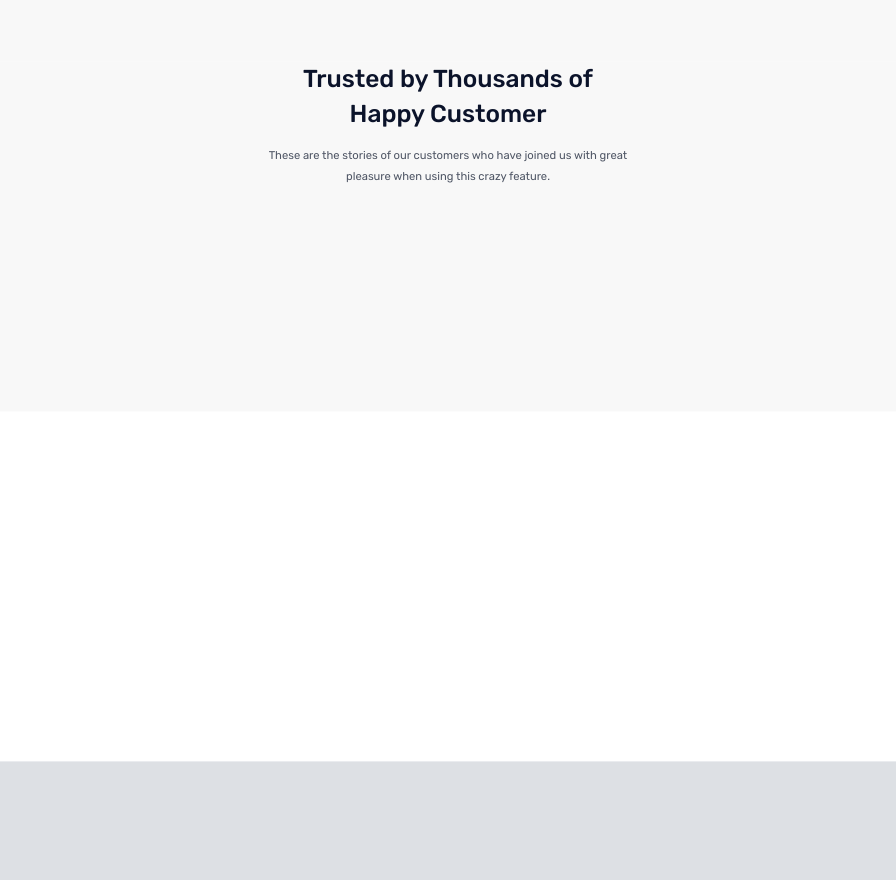
Repository: dangpham205/LaslesVPN-Landing-Page
Page: index.html
The author's editor kept a copy of each file at every save. The page is drawn from the files as they stood at one save, then again after the next save.
The browser window is 1280 px wide. The pictures show the part of the page from y = 3664 to 5584 px (the page is 4922 px tall before and 5584 px after), at 70% of full size.

Above is the page before, as saved 2022-07-20 17:49:30.

### index.html
<!DOCTYPE html>
<html lang="en">
<head>
    <meta charset="UTF-8">
    <meta http-equiv="X-UA-Compatible" content="IE=edge">
    <meta name="viewport" content="width=device-width, initial-scale=1.0">
    <title>Lasles</title>
    <link rel="preconnect" href="https://fonts.googleapis.com" />
    <link rel="preconnect" href="https://fonts.gstatic.com" crossorigin />
    <link
      href="https://fonts.googleapis.com/css2?family=Rubik:wght@400;500;700&display=swap"
      rel="stylesheet"
    />
    <link rel="stylesheet" href="./assets/css/style.css">
</head>
<body>
    <div class="wrapper">

        <!-- Menu -->
        <header class="menu">
            <div class="container">
                <div class="menu__container">
                    <img srcset="./assets/img/logo.png 2x" alt="" class="menu__logo" />
                    <div class="menu__list">
                        <div class="menu__item">
                            <a href="" class="menu__item-link">About</a>
                        </div>
                        <div class="menu__item">
                            <a href="" class="menu__item-link">Features</a>
                        </div>
                        <div class="menu__item">
                            <a href="" class="menu__item-link">Pricing</a>
                        </div>
                        <div class="menu__item">
                            <a href="" class="menu__item-link">Testimonials</a>
                        </div>
                        <div class="menu__item">
                            <a href="" class="menu__item-link">Help</a>
                        </div>
                    </div>
                    <div class="menu__buttons">
                        <a href="" class="menu__button--sign-in">Sign In</a>
                        <a href="" class="button button--outline menu__button--sign-up">Sign Up</a>
                    </div>
                </div>
            </div>
        </header>

        <main>
            <!-- hero -->
            <section class="hero">
                <div class="container">
                    <div class="hero__container">
                        <div class="hero__content">
                            <h1 class="hero__title">Want anything to be easy with <strong>LaslesVPN</strong>.</h1>
                            <p class="hero__desc text">Provide a network for all your needs with ease and fun using LaslesVPN discover interesting features from us.</p>
                            <a href="" class="button button--primary button--rounded button--shadow">Get Started</a>
                        </div>
                        <div class="hero__image">
                            <img srcset="./assets/img/hero.png 2x" alt="">
                        </div>
                    </div>
                </div>
            </section>


            <!-- info -->
            <section class="info">
                <div class="container">
                    <div class="info__container">
                        <div class="info__item">
                            <div class="info__item-image">
                                <img src="" alt="" srcset="./assets/img/user.png 2x">
                            </div>
                            <div class="info__item-text">
                                <h3 class="info__item-title">90+</h3>
                                <p class="info__item-desc">Users</p>
                            </div>
                        </div>
                        <div class="info__item">
                            <div class="info__item-image">
                                <img src="" alt="" srcset="./assets/img/location.png 2x">
                            </div>
                            <div class="info__item-text">
                                <h3 class="info__item-title">30+</h3>
                                <p class="info__item-desc">Locations</p>
                            </div>
                        </div>
                        <div class="info__item">
                            <div class="info__item-image">
                                <img src="" alt="" srcset="./assets/img/Server.png 2x">
                            </div>
                            <div class="info__item-text">
                                <h3 class="info__item-title">50+</h3>
                                <p class="info__item-desc">Servers</p>
                            </div>
                        </div>
                    </div>
                </div>
            </section>

            <!-- feature -->
            <section class="feature">
                <div class="container">
                    <div class="feature__container">
                        <div class="feature__image">
                            <img src="" alt="" srcset="./assets/img/feature.png 2x">
                        </div>
                        <div class="feature__content">
                            <h3 class="feature__title heading">We Provide Many Features You Can Use</h3>
                            <p class="feature__desc text">You can explore the features that we provide with fun and have their own functions each feature.

                            </p>
                            <ul class="feature__list">
                                <li class="feature__item">
                                    <img src="./assets/img/ic-check.svg" alt="" class="feature__item-icon">
                                    <span class="feature__item-text">Powerfull online protection.</span>
                                </li>
                                <li class="feature__item">
                                    <img src="./assets/img/ic-check.svg" alt="" class="feature__item-icon">
                                    <span class="feature__item-text">Internet without borders.</span>
                                </li>
                                <li class="feature__item">
                                    <img src="./assets/img/ic-check.svg" alt="" class="feature__item-icon">
                                    <span class="feature__item-text">Supercharged VPN</span>
                                </li>
                                <li class="feature__item">
                                    <img src="./assets/img/ic-check.svg" alt="" class="feature__item-icon">
                                    <span class="feature__item-text">No specific time limits.</span>
                                </li>
                            </ul>
                        </div>

                    </div>
                </div>
            </section>

            <!-- plan -->
            <section class="plan">
                <div class="container">
                    <div class="plan__container">
                        <div class="plan__header">
                            <h3 class="plan__title heading">Choose Your Plan</h3>
                            <p class="plan__desc text">Let's choose the package that is best for you and explore it happily and cheerfully.</p>
                        </div>
                        <div class="plan__list">
                            <div class="plan__item">
                                <div class="plan__item-image">
                                    <img src="" alt="" srcset="./assets/img/plan.png 2x">
                                </div>
                                <h4 class="plan__item-title heading-small">Free Plan</h4>
                                <ul class="plan__item-details">
                                    <li class="plan__item-detail">
                                        <img src="./assets/img/ic-check-line.svg" alt="">
                                        <span class="plan__item-desc">Unlimited Bandwitch</span>
                                    </li>
                                    <li class="plan__item-detail">
                                        <img src="./assets/img/ic-check-line.svg" alt="">
                                        <span class="plan__item-desc">Encrypted Connection</span>
                                    </li>
                                    <li class="plan__item-detail">
                                        <img src="./assets/img/ic-check-line.svg" alt="">
                                        <span class="plan__item-desc">No Traffic Logs</span>
                                    </li>
                                    <li class="plan__item-detail">
                                        <img src="./assets/img/ic-check-line.svg" alt="">
                                        <span class="plan__item-desc">Works on All Devices</span>
                                    </li>
                                </ul>
                                <div class="plan__item-price">Free</div>
                                <a href="" class="plan__item-btn button button--outline">Select</a>
                            </div>
                            <div class="plan__item">
                                <div class="plan__item-image">
                                    <img src="" alt="" srcset="./assets/img/plan.png 2x">
                                </div>
                                <h4 class="plan__item-title heading-small">Standard Plan</h4>
                                <ul class="plan__item-details">
                                    <li class="plan__item-detail">
                                        <img src="./assets/img/ic-check-line.svg" alt="">
                                        <span class="plan__item-desc">Unlimited Bandwitch</span>
                                    </li>
                                    <li class="plan__item-detail">
                                        <img src="./assets/img/ic-check-line.svg" alt="">
                                        <span class="plan__item-desc">Encrypted Connection</span>
                                    </li>
                                    <li class="plan__item-detail">
                                        <img src="./assets/img/ic-check-line.svg" alt="">
                                        <span class="plan__item-desc">Yes Traffic Logs</span>
                                    </li>
                                    <li class="plan__item-detail">
                                        <img src="./assets/img/ic-check-line.svg" alt="">
                                        <span class="plan__item-desc">Works on All Devices</span>
                                    </li>
                                    <li class="plan__item-detail">
                                        <img src="./assets/img/ic-check-line.svg" alt="">
                                        <span class="plan__item-desc">Connect Anyware</span>
                                    </li>
                                </ul>
                                <div class="plan__item-price">$9 / mo</div>
                                <a href="" class="plan__item-btn button button--outline">Select</a>
                            </div>
                            <div class="plan__item plan__item--active">
                                <div class="plan__item-image">
                                    <img src="" alt="" srcset="./assets/img/plan.png 2x">
                                </div>
                                <h4 class="plan__item-title heading-small">Premium Plan</h4>
                                <ul class="plan__item-details">
                                    <li class="plan__item-detail">
                                        <img src="./assets/img/ic-check-line.svg" alt="">
                                        <span class="plan__item-desc">Unlimited Bandwitch</span>
                                    </li>
                                    <li class="plan__item-detail">
                                        <img src="./assets/img/ic-check-line.svg" alt="">
                                        <span class="plan__item-desc">Encrypted Connection</span>
                                    </li>
                                    <li class="plan__item-detail">
                                        <img src="./assets/img/ic-check-line.svg" alt="">
                                        <span class="plan__item-desc">Yes Traffic Logs</span>
                                    </li>
                                    <li class="plan__item-detail">
                                        <img src="./assets/img/ic-check-line.svg" alt="">
                                        <span class="plan__item-desc">Works on All Devices</span>
                                    </li>
                                    <li class="plan__item-detail">
                                        <img src="./assets/img/ic-check-line.svg" alt="">
                                        <span class="plan__item-desc">Connect Anyware</span>
                                    </li>
                                    <li class="plan__item-detail">
                                        <img src="./assets/img/ic-check-line.svg" alt="">
                                        <span class="plan__item-desc">Get New Features</span>
                                    </li>
                                </ul>
                                <div class="plan__item-price">$12 / mo</div>
                                <a href="" class="plan__item-btn button button--outline">Select</a>
                            </div>
                        </div>
                    </div>
                </div>
            </section>

            <!-- location -->
            <section class="location">
                <div class="container">
                    <div class="location__container">
                        <h3 class="location__title heading">Huge Global Network of Fast VPN</h3>
                        <p class="location__desc text">See <strong>LaslesVPN</strong> everywhere to make it easier for you when you move locations.</p>
                        <div class="location__image">
                            <img src="" alt="" srcset="./assets/img/map.png 2x">
                        </div>
                        <div class="location__partners">
                            <img srcset="./assets/img/netflix.png 2x" alt="">
                            <img srcset="./assets/img/reddit.png 2x" alt="">
                            <img srcset="./assets/img/amazon.png 2x" alt="">
                            <img srcset="./assets/img/discord.png 2x" alt="">
                            <img srcset="./assets/img/spotify.png 2x" alt="">
                        </div>
                    </div>
                </div>
            </section>

            <section class="comment">
                <div class="container">
                    <div class="comment__container">
                        <h3 class="comment__title heading">Trusted by Thousands of Happy Customer</h3>
                        <p class="comment__desc text">These are the stories of our customers who have joined us with great pleasure when using this crazy feature.</p>
                    </div>
                </div>
            </section>

            <div class="container" style="height: 500px;"></div>
        </main>


        <footer>

        </footer>

    </div>
</body>
</html>

Loaded but not shown: assets/css/style.css (583 lines, source omitted)

After the next save:
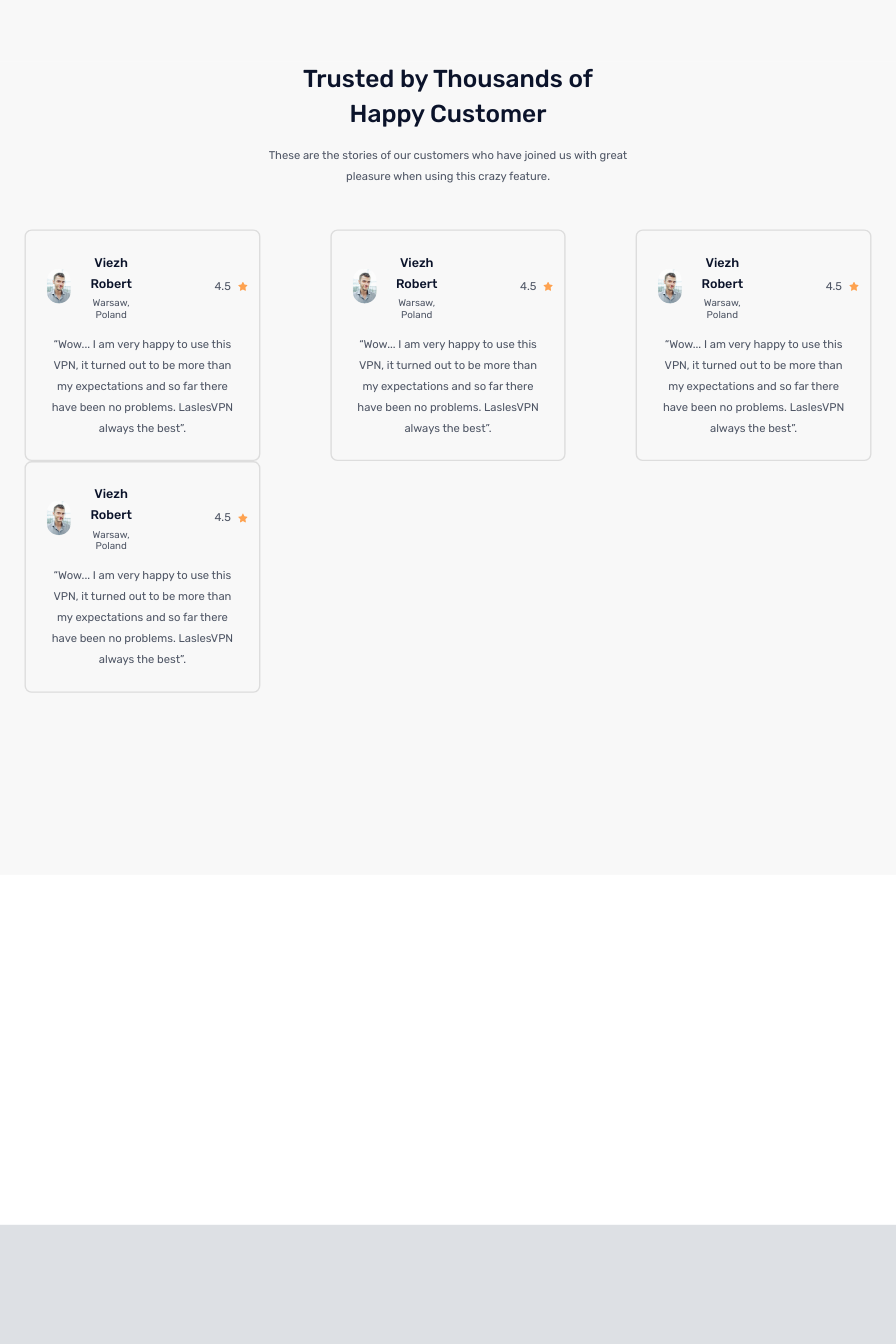
Saved 2 min 19 s later.
--- a/index.html
+++ b/index.html
@@ -264,6 +264,84 @@
                     <div class="comment__container">
                         <h3 class="comment__title heading">Trusted by Thousands of Happy Customer</h3>
                         <p class="comment__desc text">These are the stories of our customers who have joined us with great pleasure when using this crazy feature.</p>
+
+                        <div class="customer-list">
+                            <div class="customer-item">
+                              <div class="customer-top">
+                                <div class="customer-info">
+                                  <div class="customer-avatar">
+                                    <img srcset="./images/avatar.png 2x" alt="">
+                                  </div>
+                                  <div class="customer-content">
+                                    <h3 class="heading-small customer-name">Viezh Robert</h3>
+                                    <span class="text-small customer-address">Warsaw, Poland</span>
+                                  </div>
+                                </div>
+                                <div class="customer-rating">
+                                  <span>4.5</span>
+                                  <img src="./images/icon-star.svg" alt="">
+                                </div>
+                              </div>
+                              <div class="text customer-desc">“Wow... I am very happy to use this VPN, it turned out to be more than my expectations and so far there have been no problems. LaslesVPN always the best”.</div>
+                            </div>
+                            <div class="customer-item">
+                              <div class="customer-top">
+                                <div class="customer-info">
+                                  <div class="customer-avatar">
+                                    <img srcset="./images/avatar.png 2x" alt="">
+                                  </div>
+                                  <div class="customer-content">
+                                    <h3 class="heading-small customer-name">Viezh Robert</h3>
+                                    <span class="text-small customer-address">Warsaw, Poland</span>
+                                  </div>
+                                </div>
+                                <div class="customer-rating">
+                                  <span>4.5</span>
+                                  <img src="./images/icon-star.svg" alt="">
+                                </div>
+                              </div>
+                              <div class="text customer-desc">“Wow... I am very happy to use this VPN, it turned out to be more than my expectations and so far there have been no problems. LaslesVPN always the best”.</div>
+                            </div>
+                            <div class="customer-item">
+                              <div class="customer-top">
+                                <div class="customer-info">
+                                  <div class="customer-avatar">
+                                    <img srcset="./images/avatar.png 2x" alt="">
+                                  </div>
+                                  <div class="customer-content">
+                                    <h3 class="heading-small customer-name">Viezh Robert</h3>
+                                    <span class="text-small customer-address">Warsaw, Poland</span>
+                                  </div>
+                                </div>
+                                <div class="customer-rating">
+                                  <span>4.5</span>
+                                  <img src="./images/icon-star.svg" alt="">
+                                </div>
+                              </div>
+                              <div class="text customer-desc">“Wow... I am very happy to use this VPN, it turned out to be more than my expectations and so far there have been no problems. LaslesVPN always the best”.</div>
+                            </div>
+                            <div class="customer-item">
+                              <div class="customer-top">
+                                <div class="customer-info">
+                                  <div class="customer-avatar">
+                                    <img srcset="./images/avatar.png 2x" alt="">
+                                  </div>
+                                  <div class="customer-content">
+                                    <h3 class="heading-small customer-name">Viezh Robert</h3>
+                                    <span class="text-small customer-address">Warsaw, Poland</span>
+                                  </div>
+                                </div>
+                                <div class="customer-rating">
+                                  <span>4.5</span>
+                                  <img src="./images/icon-star.svg" alt="">
+                                </div>
+                              </div>
+                              <div class="text customer-desc">“Wow... I am very happy to use this VPN, it turned out to be more than my expectations and so far there have been no problems. LaslesVPN always the best”.</div>
+                            </div>
+                          </div>
+                        </div>
+
+
                     </div>
                 </div>
             </section>
